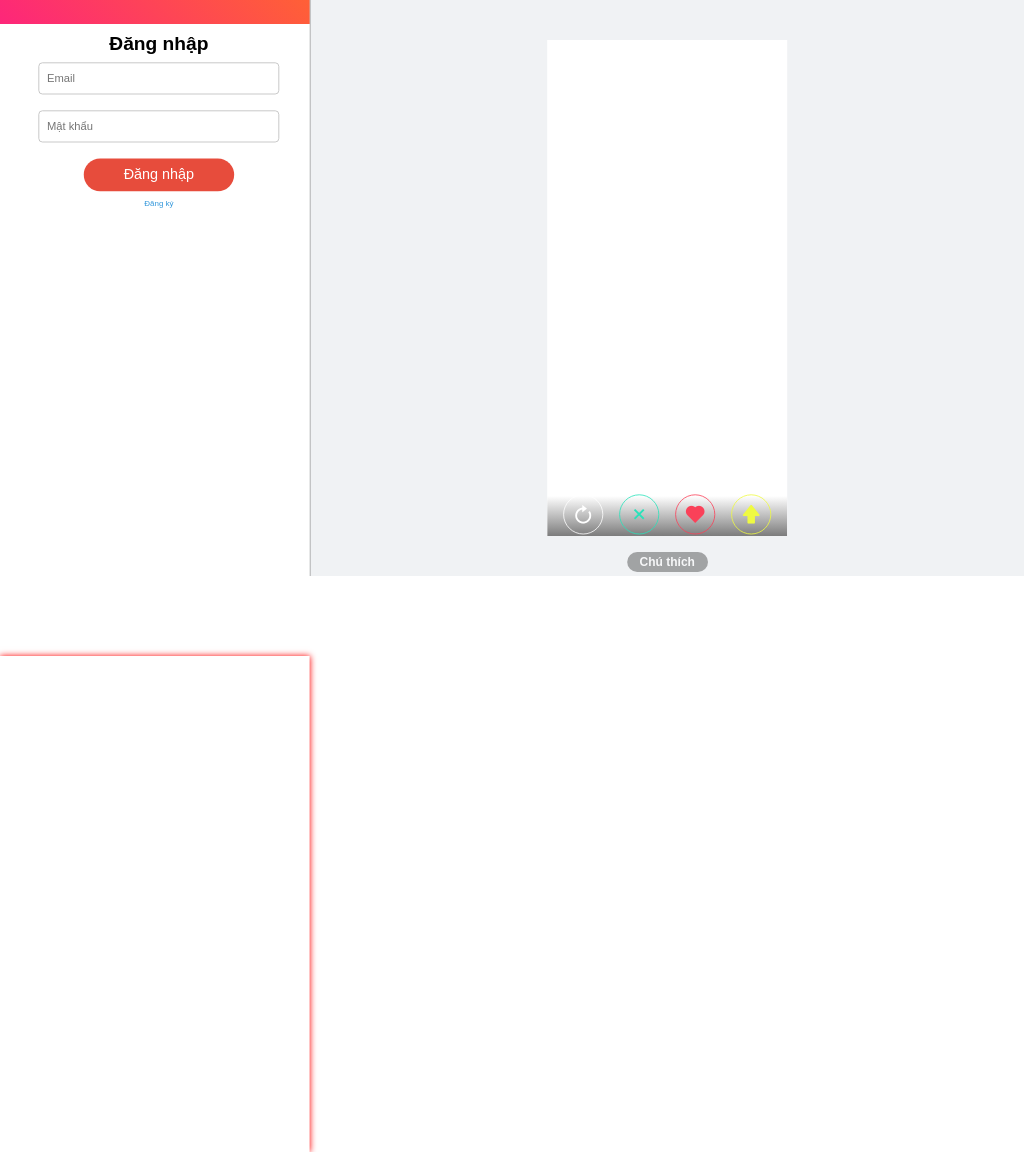
Repository: conquy2002/Project-Tinder
Page: Project RobinTinder/website/index.html
The author's editor kept a copy of each file at every save. The page is drawn from the files as they stood at one save, then again after the next save.
The browser window is 1280 px wide. The pictures show the whole page, at 80% of full size.
The page's requests for data from a server got no answer.

Above is the page before, as saved 2022-01-19 19:44:33.
Console error: ReferenceError: e is not defined

### Project RobinTinder/website/index.html
<!DOCTYPE html>
<html lang="en">
<head>
    <meta charset="UTF-8">
    <meta http-equiv="X-UA-Compatible" content="IE=edge">
    <meta name="viewport" content="width=device-width, initial-scale=1.0">
    <link href='https://unpkg.com/boxicons@2.1.1/css/boxicons.min.css' rel='stylesheet'>
    <script src="https://ajax.googleapis.com/ajax/libs/jquery/3.5.1/jquery.min.js"></script>
    <title>Robin Hẹn hò</title>
    <link rel="stylesheet" href="./css/style.css" />
    <script type="text/javascript" src = "./js/md5.js"></script>
    <script  type="text/javascript" src ="./js/config.js" ></script>

</head>
<body>
    <div class="main">
        <aside class="nav">
            <div class="nav__header">
                <div class="nav__hearder--profile">

                </div>
                <div class="nav__header--contact"></div>
            </div>
            <div class="nav__qc"></div>
            <div class="nav_content">
            </div>
            <div class="nav_profile top100">


            </div>
        </aside>
        <div class="content">
            <div class="content__profile">
                <div class="menu" id="js_menu_imgs"></div>
                <div class="content__profile-imgs" id="js_imgs_profile"></div>
                <div class="content__profile-main" id="js_main_profile"></div>
                <div class="slide_button">
                    <i class='bx bx-chevron-left' onclick="app.plusDivs(-1)"></i>
                    <i class='bx bx-chevron-right' onclick="app.plusDivs(1)"></i>
                </div>
                <div class="content__tt">
                    <div class="content__tt-i" id = "js_reload" style = " color: #ffffff ; border: 1px solid #ffffff;"><i class='bx bx-revision' ></i></div>
                    <div class="content__tt-i" id = "js_notym" style = " color:#29e2ba ; border: 1px solid #29e2ba"><i class='bx bx-x'></i></div>
                    <div class="content__tt-i" id = "js_tym" style = " color: #fa4159 ;  border: 1px solid #fa4159"><i class='bx bxs-heart'></i></div>
                    <div class="content__tt-i" id = "js_renderprofile" style = " color: #effa41 ;  border: 1px solid #effa41"><i class='bx bxs-upvote'></i></div>

                </div>
            </div>
            <div class="content_hd">
                <button onclick="noneitems()">Chú thích</button>
                <div class="content_hd-item">
                    <i class='bx bx-space-bar'></i>
                    <span>Ảnh tiếp theo</span>
                </div>
                <div class="content_hd-item">
                    <i class='bx bx-chevron-left-square'></i>
                    <span>Không</span>
                </div>
                <div class="content_hd-item">
                    <i class='bx bx-chevron-right-square'></i>
                    <span>Thích</span>
                </div>
                <div class="content_hd-item">
                    <i class='bx bx-chevron-up-square'> </i>
                <span>Mở Hồ Sơ</span>
                </div>
                <div class="content_hd-item">
                    <i class='bx bx-chevron-down-square'> </i>
                    <span>Đóng Hồ Sơ</span>
                </div>
            </div>
            <div class="content_profile" style="display: none;">
            </div>
            <div class="content_messger" style="display: none;">
                <div class="content_messger-main">
                </div>
                <div class="content_messger-profile">
                </div>

            </div>
        </div>
    </div>
</body>
<script  type="text/javascript" src ="./js/init.js" ></script>
<script  type="text/javascript" src ="./js/checkLogin.js" ></script>
<script type="text/javascript" src ="./js/render.js"></script>
<script type="text/javascript" src ="./js/handerEvent.js"></script>
<script  type="text/javascript" src ="./js/main.js" ></script>
</html>

### Project RobinTinder/website/css/style.css
*{
    margin: 0;
    padding: 0;
    box-sizing: border-box;
}
body{
    font-family: sans-serif,Helvetica,Arial;
    overflow: hidden;

}
a{
    text-decoration: none;
}
.main{
    background-color: #f0f2f4;
    height: 100vh;
    width: 100%;
    display: flex;
}
.nav{
    position: relative;
    width: 390px;
    height: 100%;
    border-right: .1px solid gray;
}
.nav__header{
    background: linear-gradient(
45deg,#fd267a,#ff6036);
    background-image: linear-gradient(
45deg, rgb(253, 38, 122), rgb(255, 96, 54));
    width: 100%;
    display: flex;
    overflow: hidden;
}
.nav__hearder--profile{
    padding: 15px 10px;
}
.nav__hearder--profile a{
    display: flex;
    padding: 5px;
    align-items: center;
    color: #fff;
    font-size: 12px;
    flex-basis: 25%;
    cursor: pointer;
}
.nav__hearder--profile img{
    height: 1.5rem;
    width: 1.5rem;
    border-radius: 50%;
    margin-right: 5px;
}
.nav__hearder--profile a:hover{
    background-color: rgba(0,0,0,.32)!important;
    border-radius: 36px;
}
.nav_content{
    background-color: #fff;
    padding: 10px;
    height: 100%;
    overflow: hidden;
    position: relative;
}
.nav_content-button{
    padding: 10px;
}
.nav-button{
    border: none;
    background-color: #fff;
    font-weight: bold;
    cursor: pointer;
    margin-right: 10px;
    margin-left: 5px;
}
.nav-active{
    border-bottom: 3px solid #fd267a;
}
.nav__content-main{
    overflow: scroll;
    width: 100%;
    height: calc(100% - 100px);
    display: flex;
    flex-wrap: wrap;
    justify-content: space-between;
    position: relative;
    align-content: flex-start;
}
.nav__content-main  .connection{
   display: flex;
   flex-direction: column;
   position: relative;
   height: 150px;
   cursor: pointer;
}
.nav__content-main  .connection img{
    width: 100px;
    height: 130px;
    object-fit: cover;
    margin: 10px;
}

.nav_profile-main .button{
    margin-top: 10px;
}
.nav__content-main .connection .connection_span{
   position: absolute;
   width: 100%;
   color: white;
   font-weight: bold;
   bottom: 10px;
   margin: 10px;
   font-size: 12px;
   padding-left: 5px;
   hyphens: none;
   white-space: nowrap;
   text-overflow: ellipsis;
   max-width: 80%;
   overflow: hidden;
}

.nav__header--contact {
    width: 100%;
    display: flex;
    flex-direction: row;
    justify-content: flex-end;
    align-items: center;
    margin: 10px;
}
.nav__header--contact div{
    text-align: center;
    width: 32px;
    height: 32px;
    background-color: rgba(0,0,0,.32);
    border-radius: 50%;
    display: flex;
    align-content: center;
    align-items: center;
    justify-content: center;
    cursor: pointer;
}
.nav__header--contact  i {
    color: #fff;
    font-size: 20px;
    font-weight: 400 !important;
}


.bottom100{
    bottom: 100%;
}

.nav__content-main .messger{
    height: 80px;
    width: 100%;
    display: flex;
    cursor: pointer;
}

.nav__content-main .messger img{
    width: 50px;
    height: 50px;
    object-fit: cover;
    margin: 10px;
    border-radius: 50%;
}
.nav__content-main .messger .connection_span{
    font-size: 12px;
    hyphens: none;

    white-space: nowrap;
    text-overflow: ellipsis;
    overflow: hidden;
    max-width: 80%;
}
.nav__content-main .messger .messger-content {
    margin: 10px;
    padding: 5px;
}
.nav__content-main .messger .messger-content p {
    color: grey;
    font-size: 13px;
    text-align: center;
    padding: 5px;
    hyphens: none;
    white-space: nowrap;
    text-overflow: ellipsis;
    overflow: hidden;
    width: 100%;
    max-width: 80%;
}


.nav_profile{
    overflow: scroll;
    width: 100%;
    height: calc(100% - 100px);
    position: absolute;
    margin-top: 100px;
    top: 0;
    display: flex;
    flex-direction: column;
    flex-wrap: nowrap;
    align-items: center;
    background-color: #fff;
    padding: 10px;
    box-shadow: 0px 0px 8px 0px rgb(255 0 0);
}
.nav_profile .nav_profile-imgavt {
    border: 1px solid rgba(112 112 112 / 60%);
    position: relative;
}
.nav_profile .nav_profile-imgavt img{
    width: 250px;
    height: 250px;
    object-fit: cover;

}
.nav_profile .nav_profile-imgavt::before {
   content: "";
   position: absolute;
   background: linear-gradient(
    180deg, rgb(255 255 255 / 0%), rgb(78 78 78 / 35%));
   width: 250px;
   height: 40px;
   z-index:  2;
   bottom: 0;

}
.nav_profile-main{
    top: 290px;
    left: 20px;

}
.nav_profile .label{
    box-sizing: initial;
    width: 70px;
    height: 20px;
    cursor: pointer;
    margin: 5px;
    border-radius: 5px;
    padding: 5px;
    background: #e74c3c;
    color: white;
}
.nav_profile input[type="text"] {
    padding: 3px 5px;
    margin: 5px;
    width: 100%;
    font-size: 16px;
}
.nav_profile input[type="number"] {
    padding: 3px 5px;
    margin: 5px;
    width: 100%;
    font-size: 16px;
}
.nav_profile select {
    padding: 3px 5px;
    margin: 5px;
    width: 100%;
    font-size: 16px;
}
.nav_profile-main h3{
    font: 20px sans-serif;
    margin-bottom: 5px;

}
.nav_profile-main-listimg {
    display: flex;
    width: 230px;
    overflow: scroll;
    flex-direction: column;

}
.nav_profile-main-listimg  input[type="text"] {
    padding: 3px 5px;
    margin: 5px;
    width: 100%;
    font-size: 16px;
    height: 50px;
}
.imgconent{
    display: flex;
    align-items: center;
}
.imgconent img{
    width: 80px;
    object-fit: cover;
    padding: 5px;
    margin: 5px;
}
hr{
    width: 100%;
}
.hilight{
    font-weight: bold !important;
    margin-bottom: 10px !important;
    width: 190px;
    hyphens: none;
    white-space: nowrap;
    text-overflow: ellipsis;
    overflow: hidden;
}
.hilight span {
    position: absolute;
    left: 232px;
    font-weight: bold;
    top: 270px;
}

.nav_profile-main h3 span,.content_profile h3 span{
    font-size: 16px;
    word-break: break-word;
}
.nav_profile-main .content__profile-main-hobbys  {
    color: #f0f2f4;
    display: flex;
    width: 250px;
    left: 0;
    position: relative;
}
.nav_profile-main .content__profile-main-hobbys div {
    max-width: 100%;
}

.content{
    height: 100%;
    position: relative;
    overflow: hidden;
    text-align: center;
    flex-basis: 70%;
}
.content__profile,.content_profile{
    position: absolute;
    width: 300px;
    background-color: #fff;
    height: calc(100vh - 100px);
    top: 50%;
    left: 50%;
    transform: translate(-50%, -50%);
    overflow: hidden;
}
.content__profile-imgs{
    position: relative;
    left: 0;
    top: 0;
    z-index: 15;
    width: 100%;
    height: 100%;
}
.content__profile-imgs span{
    position: absolute;
    color: white;
    font-size: 20px;
    font-weight: bold;
    bottom: 200px;
    left: 50%;
    transform: translate(-50%,0);
    width: 100%;
}
.content__profile-imgs h1{
    position: absolute;
    left: 50%;
    top: 50%;
    z-index: 30;
    transform: translate(-50%, -50%);
}
.slide{
    width: 100%;
    height: 100%;
    position: relative;
}
.slide img{
    width: 100%;
    height: 100%;
    background-size: cover;
    background-position: 50% 50%;
    transition: left 0s .75s;
    object-fit: cover;
}
.slide_button{
    position: absolute;
    left: 0;
    top: 0;
    width: 100%;
    height: 100%;
    z-index: 125;
    display: flex;
}
.slide_button i {
    font-size: 50px;
    color: #fff;
    width: 50%;
    height: 100%;
    display: flex;
    align-items: center;
    cursor: pointer;
}
.slide_button i:nth-child(1){
    justify-content: flex-start;
}
.slide_button i:nth-child(2){
    justify-content: flex-end;
}
.slide_button i :hover{
    background: rgba(255,255,255,0.15);
}
.emphasize{
    background-color: rgba(0,0,0,.32)!important;
    border-radius: 36px;
}
.top100{
    top: 100%;
}
.menu{
    position: absolute;
    left: 0;
    z-index: 120;
    width: 100%;
    top: 5px;
}
#js_hiddenprofile{
    position: absolute;
    width: 50px;
    height: 50px;
    background: #E74C3c;
    display: flex;
    /* align-content: center; */
    justify-content: center;
    align-items: center;
    border-radius: 50%;
    color: white;
    font-size: 20px;
    top: 50%;
    right: 13px;
    cursor: pointer;
}
.menu label {
    cursor: pointer;
    display: inline-block;
    width: 15px;
    height: 9px;
    background: rgb(112 112 112);
    border-radius: 50px;
    margin: 0 .2em 1em;
    transition: all .3s ease;
}
.content__tt{
    position: absolute;
    display: flex;
    justify-content: space-evenly;
    align-items: center;
    left: 0;
    z-index: 130;
    width: 100%;
    bottom: 0;
    height: 50px;
    background-image: linear-gradient(
        0deg, rgb(124 124 124), rgb(255, 96, 54,0))
}
.content__tt .content__tt-i{
    width: 50px;
    height: 50px;
    /* padding: 10px; */
    border-radius: 50%;
    display: flex;
    align-items: center;
    justify-content: center;
    font-size: 1.75rem;
    cursor: pointer;
    margin-bottom: 5px;
}
.content__tt .content__tt-i :hover{
    font-size: 2rem;
}
.content_hd {
    position: absolute;
    bottom: 5px;
    width: 100%;
    display: flex;
    justify-content: center;
}
.content_hd-item {
    position: relative;
    text-align: center;
    display: flex;
    align-items: center;
    margin-right: 10px;
    text-transform: uppercase;
    display: none;
}
.content_hd .content_hd-item i {
    color: rgb(100, 100, 100);
    padding: 5px;
    font-size: 1.3rem;
    text-align: center;
}
.content_hd  button {
    padding: 4px 16px;
    opacity: .4;
    font-size: 15px;
    cursor: pointer;
    color: #fff;
    background-color: rgb(46, 46, 46);
    border-radius: 100px;
    border: 1px;
    font-weight: bold;
}
.content_hd .content_hd-item span{
    color: #000;
    font-size: 15px;
    font-family: sans-serif,Helvetica,Arial;
}
.show{
    display: flex;
}
.content__profile-main{
    position: absolute;
    z-index: 16;
    bottom: 150px;
    color: white;
}
.content__profile-main h1{
    white-space: nowrap;
    text-overflow: ellipsis;
    overflow: hidden;
    width: 100%;
    max-width: 80%;
    margin: 10px;
    font-size: 1.75rem;
}
.content__profile-main h1 span {
    position: absolute;
    right: 10px;
}
.content__profile-main-hobbys{
    position: absolute;
    left: 5px;
    display: flex;
    font: 0.75em sans-serif;
    flex-wrap: wrap;
}
.content__profile-main-hobbys div {
    padding: 4px 13px;
    background: rgb(27, 27, 27) ;
    margin: 3px;
    border-radius: 36px;
    white-space: nowrap;
    text-overflow: ellipsis;
    overflow: hidden;
}
#form-login , #form-register{
    opacity: 0;
    display: block;
    position: absolute;
    transition:  .4s ease;

}
#form-register{
    left: 100%;
}
.login-register h2{
    text-align: center;
}
.form {
    margin-top: 10px;
}

#genderoption ,.form input[type="email"], .form input[type="password"],.form input[type="text"] ,.form input[type="number"] ,.form button {
    width: 80%;
    margin-left: 10%;
    margin-bottom: 20px;
    height: 40px;
    border-radius: 5px;
    outline: 0;
}

#genderoption ,.form input[type="email"], .form input[type="password"],.form input[type="text"] ,.form input[type="number"]  {
  border: 1px solid #bbb;
  padding: 0 0 0 10px;
  font-size: 14px;

}
.button {
    background: #e74c3c;
    border:none;
    color: white;
    font-size: 18px;
    font-weight: 200;
    width: 50%;
    border-radius: 36px;
    cursor: pointer;
    padding: 10px;
    text-align: center;
    margin-left: 50%;
    transform: translate(-50%, 0);
    margin-bottom: 10px;
    margin-bottom: 10px;

}
 .button :hover {
    box-shadow: 1px 1px 5px #555;
}
.button :active {
    box-shadow: 1px 1px 7px #222;
}
.form .form_login-button {
    text-align: center;
    font-size: 10px;
    color: #3498db;
    cursor: pointer;
}
.form p{
    padding-bottom: 10px;
}
.form_register-interest{
    display: flex;
    margin-left: 10%;
    flex-wrap: wrap;
    width: 80%;
    max-width: 80%;
    justify-content: space-between;
}

.form_register-interest > div {
    padding: 5px;
}
.content_profile .nav_profile-imgavt img{
    height: 300px;
    width: 100%;
}
.content_profile .nav_profile-main{
    display: flex;
    flex-direction: column;
    align-items: flex-start;
}
.content_profile .nav_profile-main h3{
    font: 18px sans-serif;
    margin: 2px 10px;
}
.content_profile .hilight span{
    top: 310px;
}
.content_messger{
    overflow: hidden;
    height: 100vh;
    position: fixed;
    display: flex;

}
.content_messger-main{
    width: 700px;
    position: relative;
    height: 100%;
    border: 1px solid #ccc;
    display: flex;
    flex-direction: column;
    justify-content: space-between;
}
.content_messger-header{
    height: 60px;
    background-color: #fff;
    display: flex;
    padding: 11px;
    box-sizing: content-box;
    align-items: center;
    position: relative;
    top: 0px;
}
.content_messger-body{
    background-color: #d2d7db;
    width: 100%;
    height: 100%;
}
.content_messger-input{
    background-color: #fff;
    display: flex;
    width: 700px;
    border: 1px solid #ccc;
}
.content_messger-input .tacvu, .sender{
    display: flex;
    padding: 10px;
    align-items: center;
    justify-content: center;
    font: 1.05em sans-serif;

}
.sender{
    width: 60px;
    height: 60px;
    cursor: pointer;
}
.content_messger-input .tacvu label{
    padding: 10px;
    margin-right: 5px;
    background:rgb(210 215 219 / 80%);
    border-radius: 50%;
    font-size: 20px;
    cursor: pointer;
}
.hiddenmessger{
    position: absolute;
    right: 0;
    width: 50px;
    height: 50px;
    background: #E74C3c;
    display: flex;
    align-items: center;
    justify-content: center;
    font: 1.25em sans-serif;
    color: #fff;
    border-radius: 50%;
    margin: 10px;
    cursor: pointer;
}
.content_messger-input .tacvu input[type="file"]{
    position: absolute;
    opacity: 0;
    bottom: -1000px;
}
.content_messger-input input[type="text"]{
    width: 100%;
    padding: 10px;
    border: none;
    font: 1.05em sans-serif;
}
.content_messger-header img{
    width: 50px;
    height: 50px;
    border-radius: 50%;
    margin-right: 10px;
}
.content_messger-profile{
    height: 100%;
    position: relative;
    width: 320px;
}
.content_messger-profile img{
    object-fit: cover;
    width: 100%;
    height: 260px;
}
.imgshowinput{
    background: white;
    position: absolute;
    width: 500px;
    top: -130px;
    overflow: scroll;
    left: 50%;
    transform: translate(-50%, 0);
    display: none;

}
.imgshowinput div{
    padding: 10px;
    display: flex;
    position: relative;
}
.imgshowinput div img {
    height: 100px;
    width: 100px;
    object-fit: cover;
    border: 1px solid #ccc;
    border-radius: 10px;
}
.imgshowinput div .icon{
    position: absolute;
    cursor: pointer;
    right: 0;
    top: 0;
    padding: 10px;
    background-color: rgba(85, 85, 85);
    color: #fff;
    border-radius: 50%;
    font-size: 16px;
}

.nav__content-main::-webkit-scrollbar,.nav_profile::-webkit-scrollbar{
    background: white;
}
.messger-body-self{

}
.messger-body-self span{

}
@media screen and (max-width: 760px) {
    .nav{
        display: none;
    }
}

### Project RobinTinder/website/js/checkLogin.js
app.checklogin = async ()=>{
    var token = getCookie("Token");
    if(token == ''){
        return app.login = false;
    }else{
        var time = new Date().getTime();
        var data = ""
        try{
            data = await app.fetch.get(basic_url + getUser +"?user="+token);
            if(data.status == "Error") {
                app.login = false;
                setCookie("UserID"," ",time);
                setCookie("Token"," ",time);
                alert("Tài Khoản k tồn tại")
                return app.login = false;
            }else{
                setCookie("UserID",data.message,time);
                return app.login = true;
            }
        }catch(e){
            alert("Trang web đang bảo trì !! Mong bạn vào lại vào hôm sau :3");
            console.log(e)
            setCookie("UserID"," ",time);
            setCookie("Token"," ",time)
            return app.login = false;
        }
    }
}

### Project RobinTinder/website/js/main.js
app.loadnoti = ()=>{
    app.noti ? app.noti = 0 : "";
    if(app.login){
        setTimeout( async() => {
            var data = await app.fetch.get(basic_url + Notiurl + "/" + app.dataUser.id);
            if(app.noti != data.length){
                app.noti = data.length;
                console.log(data.length);
            }
            app.loadnoti();
        },1000)
    }
}
app.start();

Loaded but not shown: Project RobinTinder/website/js/handerEvent.js (486 lines, source omitted); Project RobinTinder/website/js/md5.js (402 lines, source omitted); Project RobinTinder/website/js/render.js (121 lines, source omitted); Project RobinTinder/website/js/init.js (157 lines, source omitted); Project RobinTinder/website/js/config.js (76 lines, source omitted)

After the next save:
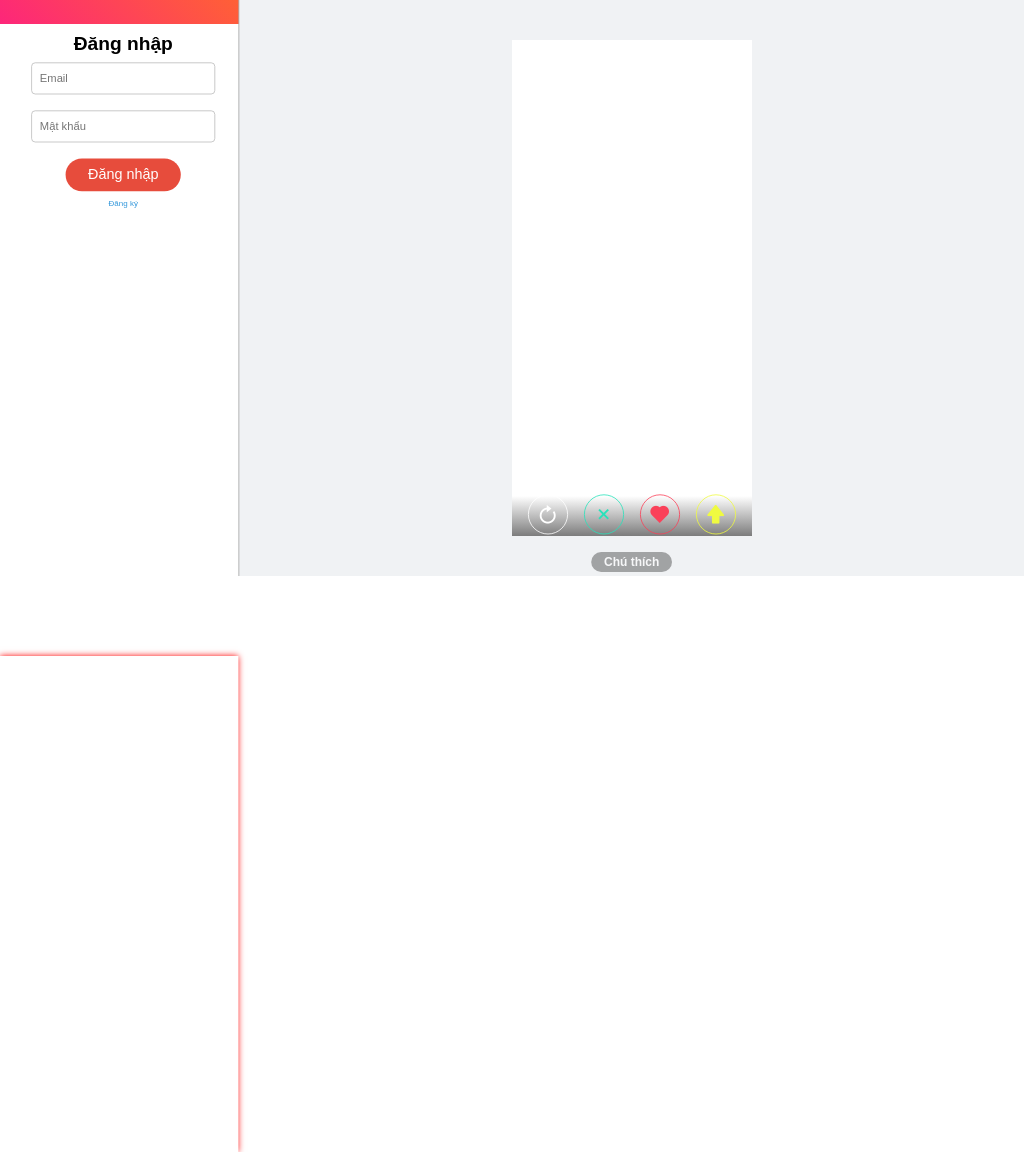
Saved 30 s later.
--- a/Project RobinTinder/website/css/style.css
+++ b/Project RobinTinder/website/css/style.css
@@ -324,11 +324,11 @@
 }
 
 .content{
+    width: 100%;
     height: 100%;
     position: relative;
     overflow: hidden;
     text-align: center;
-    flex-basis: 70%;
 }
 .content__profile,.content_profile{
     position: absolute;
